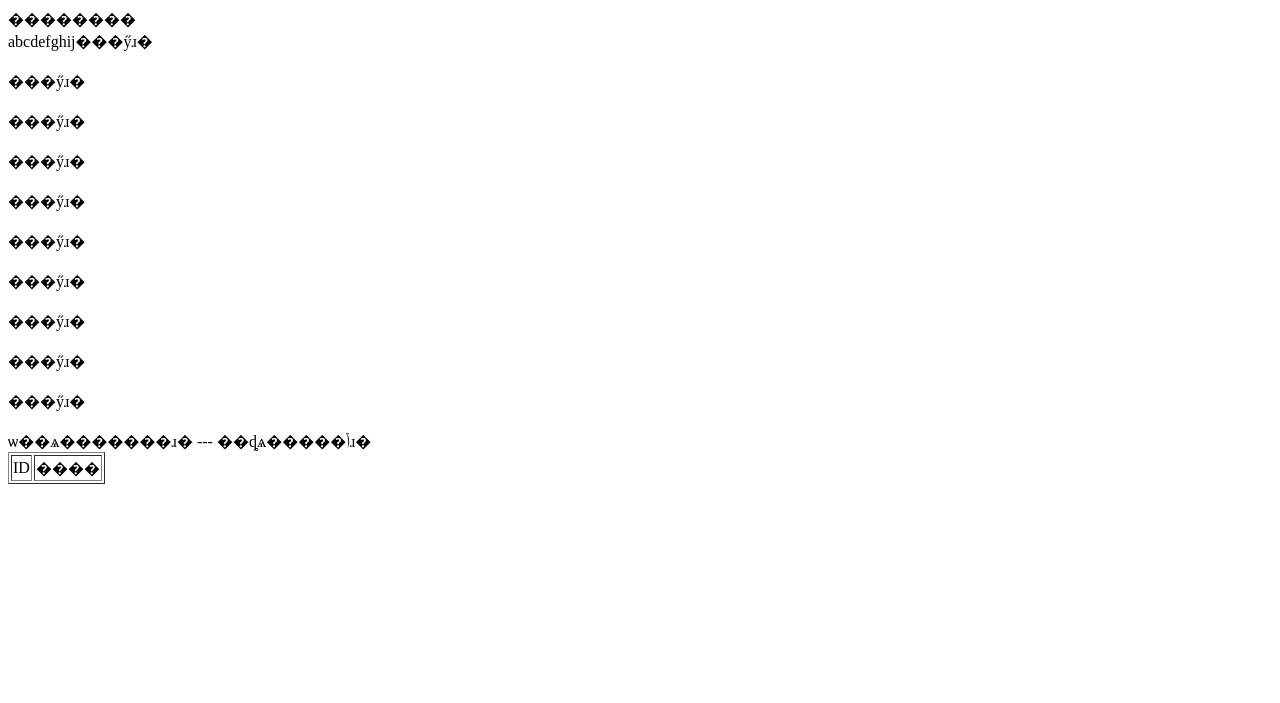
Repository: ZxxWs/P_M_learn
Page: http://localhost/
The author's editor kept a copy of each file at every save. The page is drawn from the files as they stood at one save, then again after the next save.
The browser window is 1280 px wide. The pictures show the whole page.
The page is run by PHP 8.4 with error messages shown; the project is at /var/www/html/. Queries for data that is not in the repository find no rows.

Above is the page before, as saved 2019-03-20 09:57:11.

### MySQL2/index.php
<?php
//对字段的操作

$host="127.0.0.1";
$conn=mysqli_connect($host);

$con=mysqli_select_db($conn, "test");
if($con)
    echo "连接正常<br/>";

$addname=array("a","b","c","d","e","f","g","h","i","j");
for($i=0;$i<10;$i++)
    echo "$addname[$i]";
 //向数据库添加数据
add();
function add(){
global $conn;
$addid=00010;
$addname=array("a","b","c","d","e","f","g","h","i","j");
for($i=0;$i<10;$i++){
    $addid+=$i;
$add="insert into ppp".
    "(id,name)".
    "values".
    "('$addid''$addname[$i]')";
$addend=mysqli_query($conn,$add);
if($addend)echo"添加成功<br/>";
else{
    die('连接失败: ' . mysqli_error($conn));
}
echo "<br />";

}}


//$Id=$_POST["ID"];

//echo "删除的ID为".$Id."<br/>";
function drop($Idd){
    global $conn;
    $dropID="delete from ppp where id=".$Idd;
    $dropadd=mysqli_query($conn,$dropID);
    if($dropadd)
        echo "删除成功<br/>";
}



$readdata='select id,name from ppp';
$selecttable=mysqli_select_db($conn, 'test');//选择表
if($selecttable)
    echo "选择学生表单成功";
    echo "  ---  \0";
    $readendl=mysqli_query($conn, $readdata);
    if($readendl)
        echo "读取学生数据成功";
        echo "<br/>";

        echo '<table border="1"><td>ID</td><td>姓名</td></tr>';
        while($whilee=mysqli_fetch_array($readendl,MYSQLI_ASSOC)){//每次读取的数据会复制给$whilee
            echo "<tr><td>{$whilee['id']}</td>".                //参数MYSQLI_ASSOC查询结果返回关联数据
                "<td>{$whilee['name']}</td>".
                "</tr>";
        }
        echo '</table>'."<br/>";

After the next save:
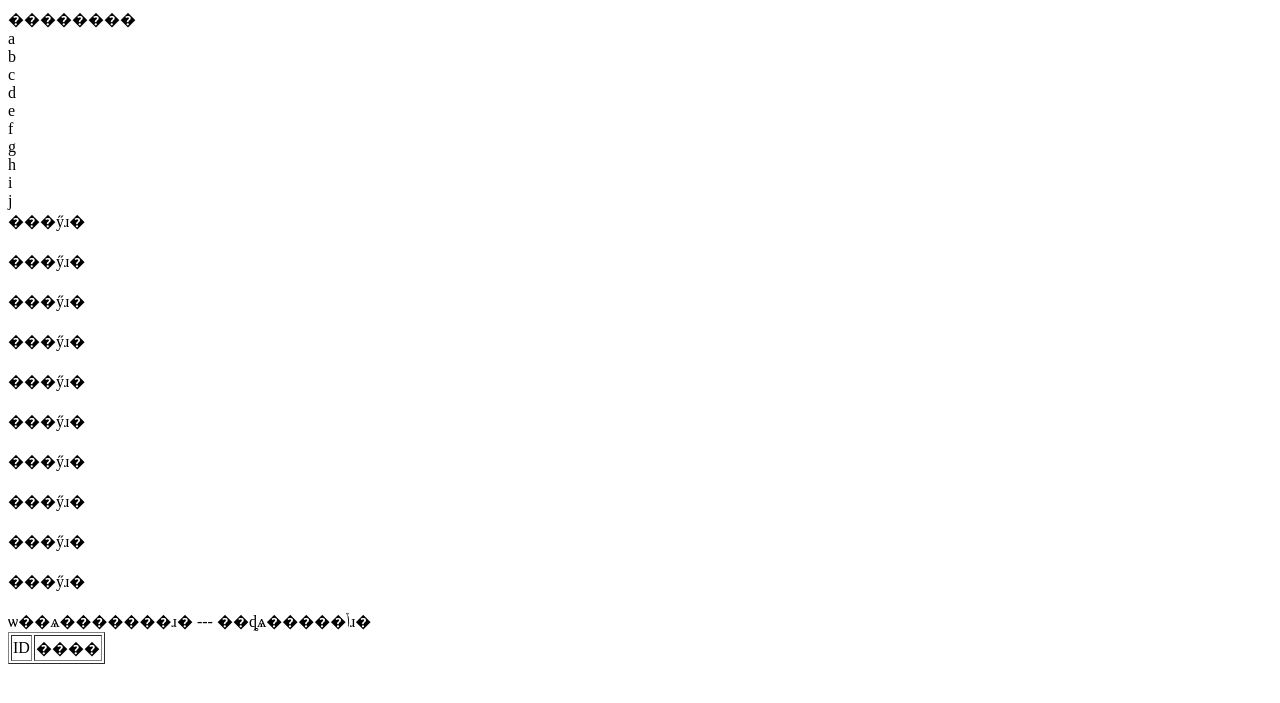
Saved 6 s later.
--- a/MySQL2/index.php
+++ b/MySQL2/index.php
@@ -10,7 +10,7 @@ if($con)
 
 $addname=array("a","b","c","d","e","f","g","h","i","j");
 for($i=0;$i<10;$i++)
-    echo "$addname[$i]";
+    echo "$addname[$i]<br/>";
  //向数据库添加数据
 add();
 function add(){
